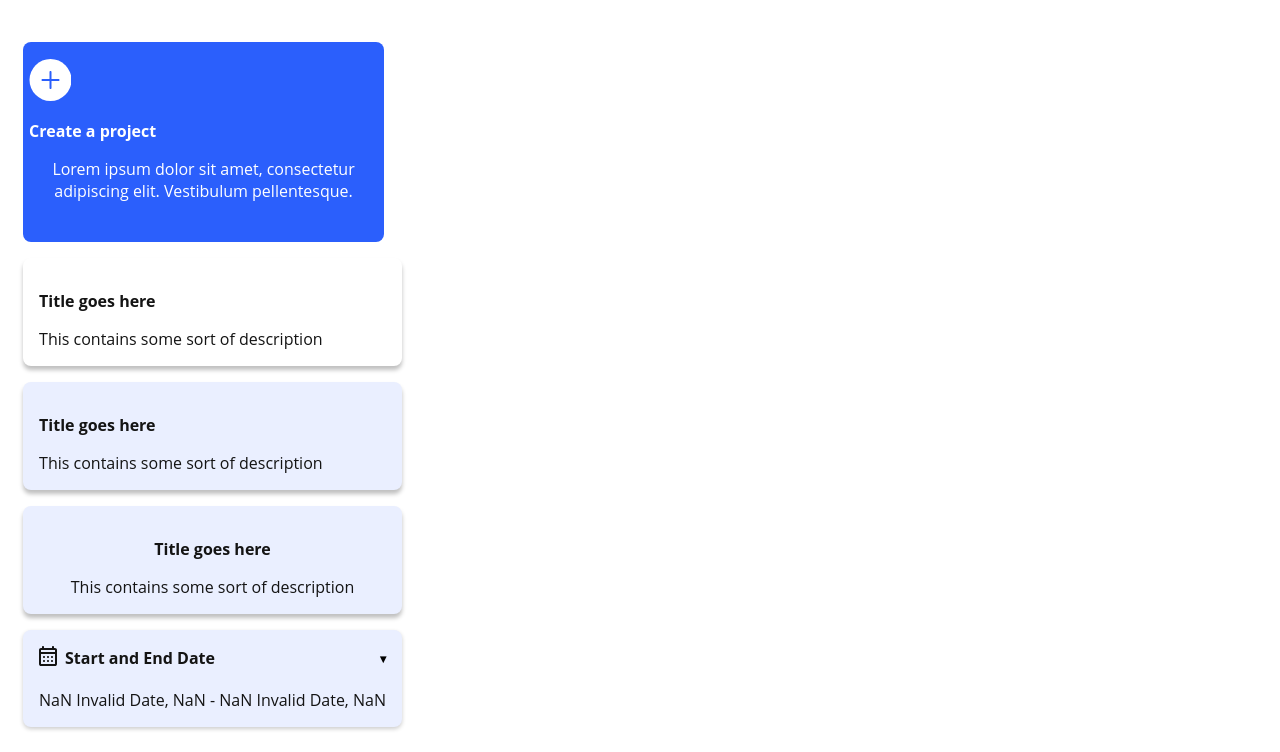
Repository: brunaguarizo/mosaic_app
Page: /
An editor plug-in stored every save of this project. The page is shown before and after the next save, followed by the edit.
The browser window is 1280 px wide. The pictures show the whole page.
The project was rebuilt for these pictures with package versions that can differ from the ones it lists, and the page was loaded fresh each time. The framework's server and built-in components were replaced by stand-ins that run in the browser. Also part of the build but not shown: next.config.mjs, app/_ui/navbar/navbar.js, app/_ui/Button/Button.js, app/_ui/Tag/Tag.js, app/_ui/Project_card/Project_card.js, app/_ui/Date_PopUp/Date_PopUp.module.css, app/_ui/Date_PopUp/Date_PopUp.js, app/_ui/Heading_Bar/Heading_Bar.js.

Above is the page before, as saved 2025-04-18 18:56:24.

After the next save:
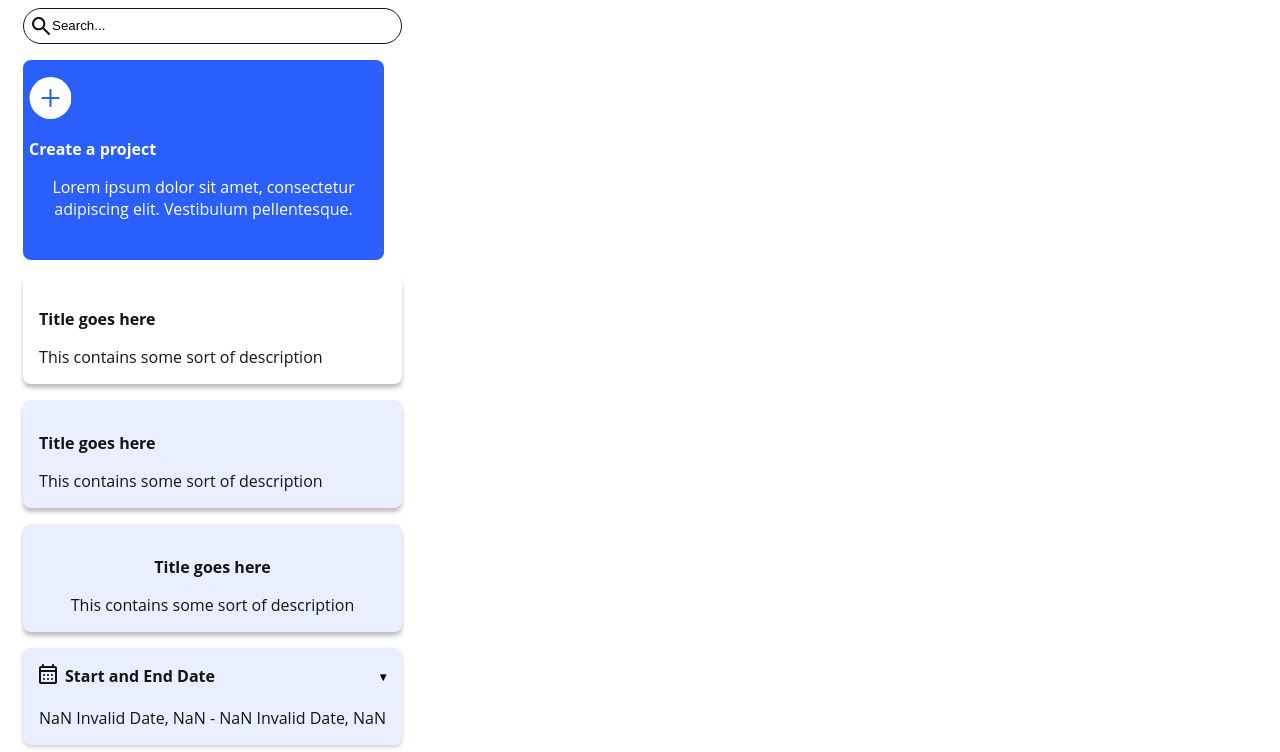
Saved 54 s later.
--- a/app/page.js
+++ b/app/page.js
@@ -5,10 +5,14 @@ import DatePicker from "./_ui/Date_PopUp/Date_PopUp";
 import DateCard from "./_ui/Date_Card/Date_Card";
 import CreateProject from "./_ui/Create_Project_Button/Create_Project_Button";
 import DescriptionBox from "./_ui/Description_Box/Description_Box";
+import Searchbar from "./_ui/Search_Bar/Search_Bar";
+import Headingbar from "./_ui/Heading_Bar/Heading_Bar";
 
 export default function Home() {
     return (
         <div>
+            <Searchbar />
+
             <CreateProject />
             <DescriptionBox
                 title='Title goes here'
